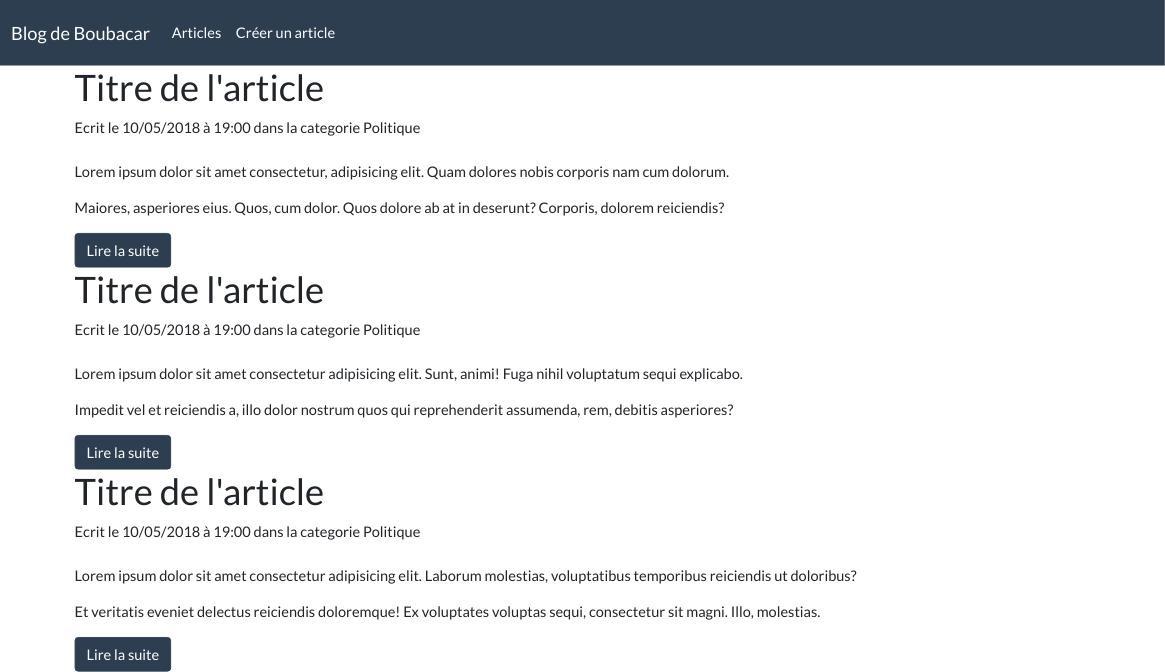
Repository: 2boubacar10/blog_lior_chamla
Page: templates/blog/index.html.twig
The author's editor kept a copy of each file at every save. The page is drawn from the files as they stood at one save, then again after the next save.
The browser window is 1280 px wide. The pictures show the whole page, at 91% of full size.
The page is a Twig template of a Symfony application; nobody is signed in and links lead nowhere. The template is opened directly, without the code that normally fills it, so the values that code supplies are empty.

Above is the page before, as saved 2021-06-26 19:44:05.

### templates/blog/index.html.twig
{% extends 'base.html.twig' %}

{% block title %}Hello BlogController!{% endblock %}

{% block body %}
<article>
    <h2>Titre de l'article</h2>
    <div class="metadata">Ecrit le 10/05/2018 à 19:00 dans la categorie Politique</div>
    <div class="content">
        <img src="" alt="">
        <p>Lorem ipsum dolor sit amet consectetur, adipisicing elit. Quam dolores nobis corporis nam cum dolorum.</p>
        <p>Maiores, asperiores eius. Quos, cum dolor. Quos dolore ab at in deserunt? Corporis, dolorem reiciendis?</p>
        <a href="" class="btn btn-primary">Lire la suite</a>
    </div>
</article>
<article>
    <h2>Titre de l'article</h2>
    <div class="metadata">Ecrit le 10/05/2018 à 19:00 dans la categorie Politique</div>
    <div class="content">
        <img src="" alt="">
        <p>Lorem ipsum dolor sit amet consectetur adipisicing elit. Sunt, animi! Fuga nihil voluptatum sequi explicabo.</p>
        <p>Impedit vel et reiciendis a, illo dolor nostrum quos qui reprehenderit assumenda, rem, debitis asperiores?</p>
        <a href="" class="btn btn-primary">Lire la suite</a>
    </div>
</article>
<article>
    <h2>Titre de l'article</h2>
    <div class="metadata">Ecrit le 10/05/2018 à 19:00 dans la categorie Politique</div>
    <div class="content">
        <img src="" alt="">
        <p>Lorem ipsum dolor sit amet consectetur adipisicing elit. Laborum molestias, voluptatibus temporibus reiciendis ut doloribus?</p>
        <p>Et veritatis eveniet delectus reiciendis doloremque! Ex voluptates voluptas sequi, consectetur sit magni. Illo, molestias.</p>
        <a href="" class="btn btn-primary">Lire la suite</a>
    </div>
</article>

{% endblock %}

### templates/base.html.twig
<!DOCTYPE html>
<html>
    <head>
        <meta charset="UTF-8">
        <title>{% block title %}Welcome!{% endblock %}</title>
        {# Run `composer require symfony/webpack-encore-bundle`
           and uncomment the following Encore helpers to start using Symfony UX #}
        {% block stylesheets %}
            {#{{ encore_entry_link_tags('app') }}#}
        <link href="{{ asset('css/bootstrap.min.css') }}" rel="stylesheet" type="text/css"/>


        {% endblock %}

        {% block javascripts %}
            {#{{ encore_entry_script_tags('app') }}#}
        {% endblock %}
    </head>
    <body>
        <nav class="navbar navbar-expand-lg navbar-dark bg-primary">
            <div class="container-fluid">
                <a class="navbar-brand" href="/">Blog de Boubacar</a>
                <button class="navbar-toggler" type="button" data-bs-toggle="collapse" data-bs-target="#navbarColor01" aria-controls="navbarColor01" aria-expanded="false" aria-label="Toggle navigation">
                    <span class="navbar-toggler-icon"></span>
                </button>

                <div class="collapse navbar-collapse" id="navbarColor01">
                    <ul class="navbar-nav me-auto">
                        <li class="nav-item">
                            <a class="nav-link" href="/blog">Articles
                                <span class="visually-hidden">(current)</span>
                            </a>
                        </li>
                        <li class="nav-item">
                            <a class="nav-link" href="/blog/new">Créer un article</a>
                        </li>

                    </ul>
                </div>
            </div>
        </nav>

        <div class="container">
            {% block body %}{% endblock %}
        </div>
    </body>
</html>

Loaded but not shown: public/css/bootstrap.min.css (library)

After the next save:
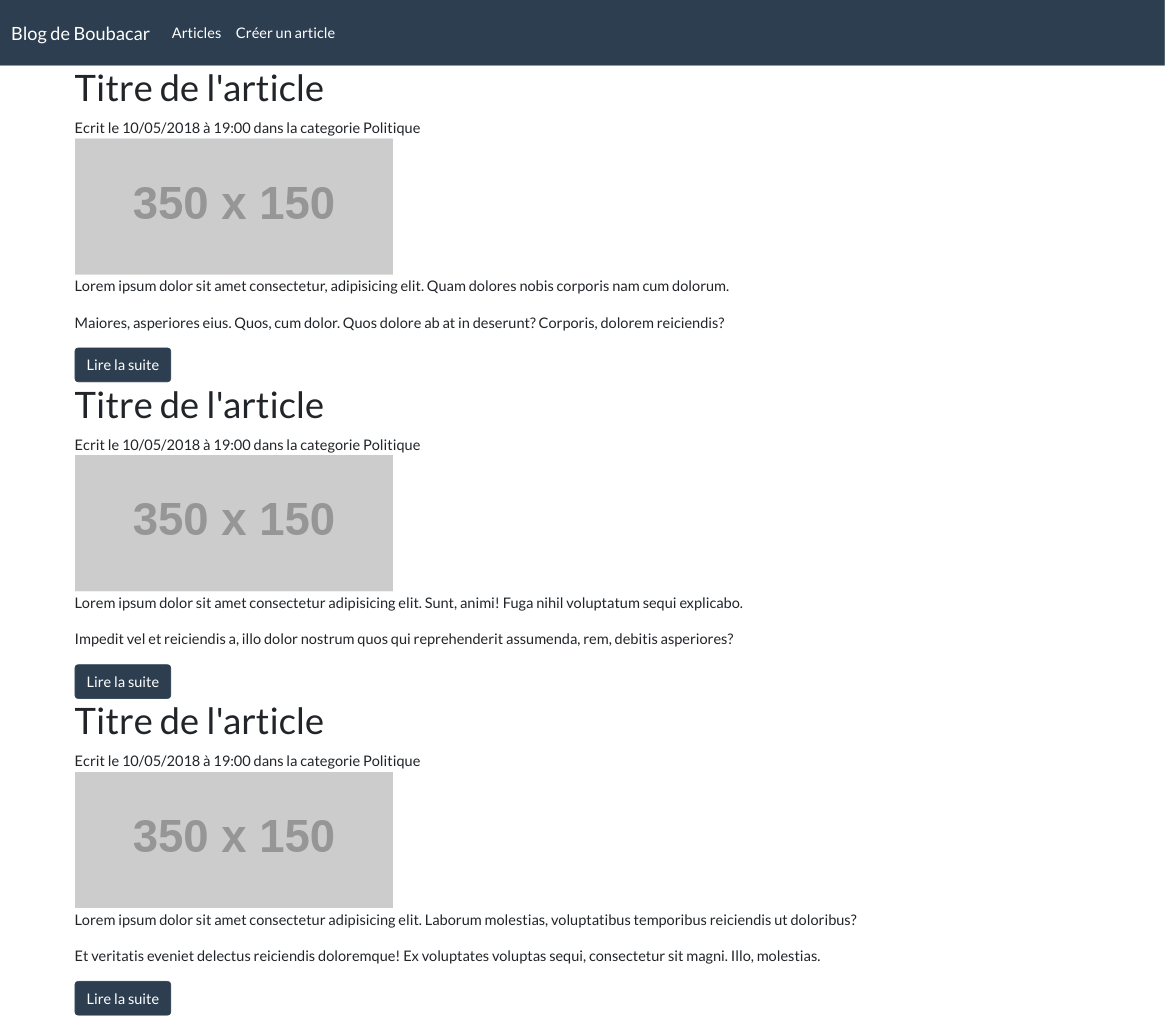
Saved 88 s later.
--- a/templates/blog/index.html.twig
+++ b/templates/blog/index.html.twig
@@ -7,7 +7,7 @@
     <h2>Titre de l'article</h2>
     <div class="metadata">Ecrit le 10/05/2018 à 19:00 dans la categorie Politique</div>
     <div class="content">
-        <img src="" alt="">
+        <img src="http://placehold.it/350x150" alt="">
         <p>Lorem ipsum dolor sit amet consectetur, adipisicing elit. Quam dolores nobis corporis nam cum dolorum.</p>
         <p>Maiores, asperiores eius. Quos, cum dolor. Quos dolore ab at in deserunt? Corporis, dolorem reiciendis?</p>
         <a href="" class="btn btn-primary">Lire la suite</a>
@@ -17,7 +17,7 @@
     <h2>Titre de l'article</h2>
     <div class="metadata">Ecrit le 10/05/2018 à 19:00 dans la categorie Politique</div>
     <div class="content">
-        <img src="" alt="">
+        <img src="http://placehold.it/350x150" alt="">
         <p>Lorem ipsum dolor sit amet consectetur adipisicing elit. Sunt, animi! Fuga nihil voluptatum sequi explicabo.</p>
         <p>Impedit vel et reiciendis a, illo dolor nostrum quos qui reprehenderit assumenda, rem, debitis asperiores?</p>
         <a href="" class="btn btn-primary">Lire la suite</a>
@@ -27,7 +27,7 @@
     <h2>Titre de l'article</h2>
     <div class="metadata">Ecrit le 10/05/2018 à 19:00 dans la categorie Politique</div>
     <div class="content">
-        <img src="" alt="">
+        <img src="http://placehold.it/350x150" alt="">
         <p>Lorem ipsum dolor sit amet consectetur adipisicing elit. Laborum molestias, voluptatibus temporibus reiciendis ut doloribus?</p>
         <p>Et veritatis eveniet delectus reiciendis doloremque! Ex voluptates voluptas sequi, consectetur sit magni. Illo, molestias.</p>
         <a href="" class="btn btn-primary">Lire la suite</a>
